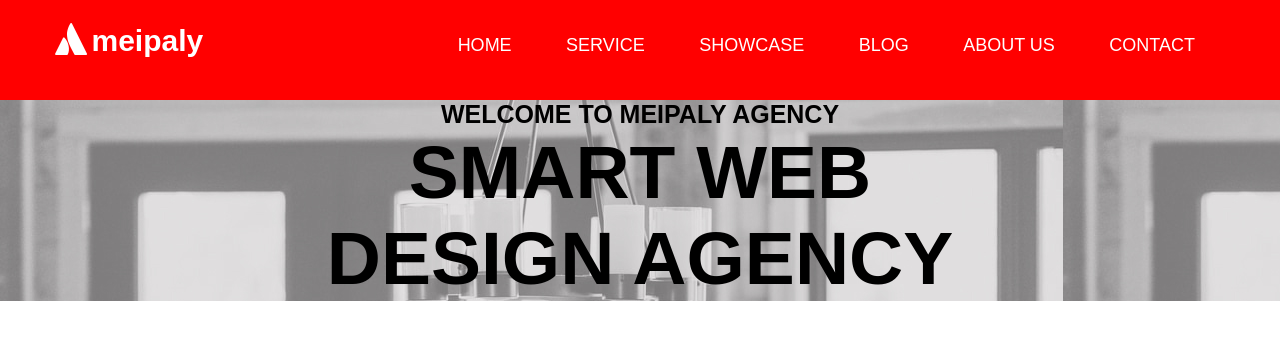
Repository: ToanNguyenThai/Meipaly
Page: index.html
These files come from the project's save history. The page is drawn as it stood at one moment and after the next save; the edit follows.
The browser window is 1280 px wide. The pictures show the whole page.

Above is the page before, as saved 2021-12-04 15:06:26.

After the next save:
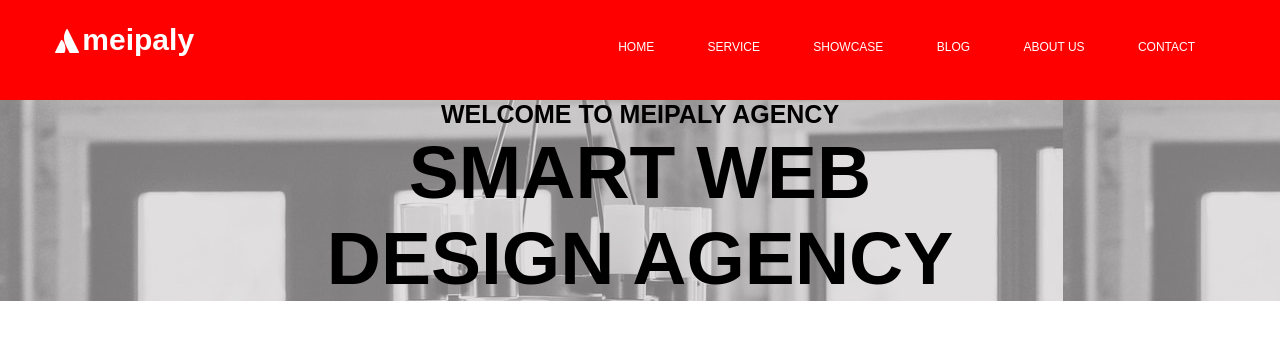
Saved 14 s later.
--- a/css/style.css
+++ b/css/style.css
@@ -4,6 +4,7 @@
     padding: 0;
     font-family: "Oswald", sans-serif;
     text-decoration: none;
+    font-size: 12px
 }
 header {
     width: 100%;

After the save that followed:
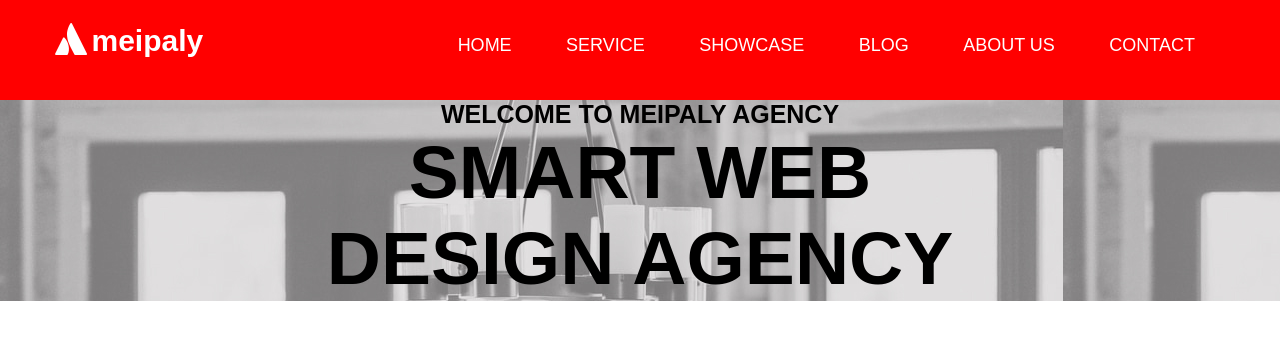
Saved 5 s later.
--- a/css/style.css
+++ b/css/style.css
@@ -4,7 +4,6 @@
     padding: 0;
     font-family: "Oswald", sans-serif;
     text-decoration: none;
-    font-size: 12px
 }
 header {
     width: 100%;
